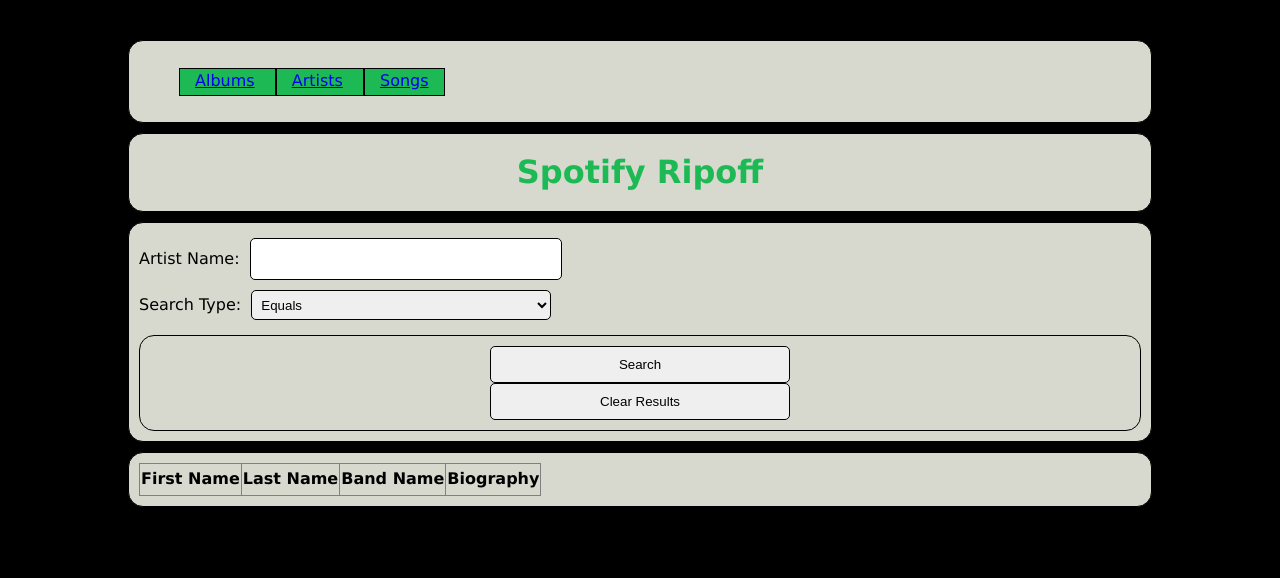
Repository: RRGTHWAR/bkg16_INFSCI1017
Page: bkg16_Music_FinalProject/WebContent/artist.html
The author's editor kept a copy of each file at every save. The page is drawn from the files as they stood at one save, then again after the next save.
The browser window is 1280 px wide. The pictures show the whole page.

Above is the page before, as saved 2019-04-07 20:38:04.

After the next save:
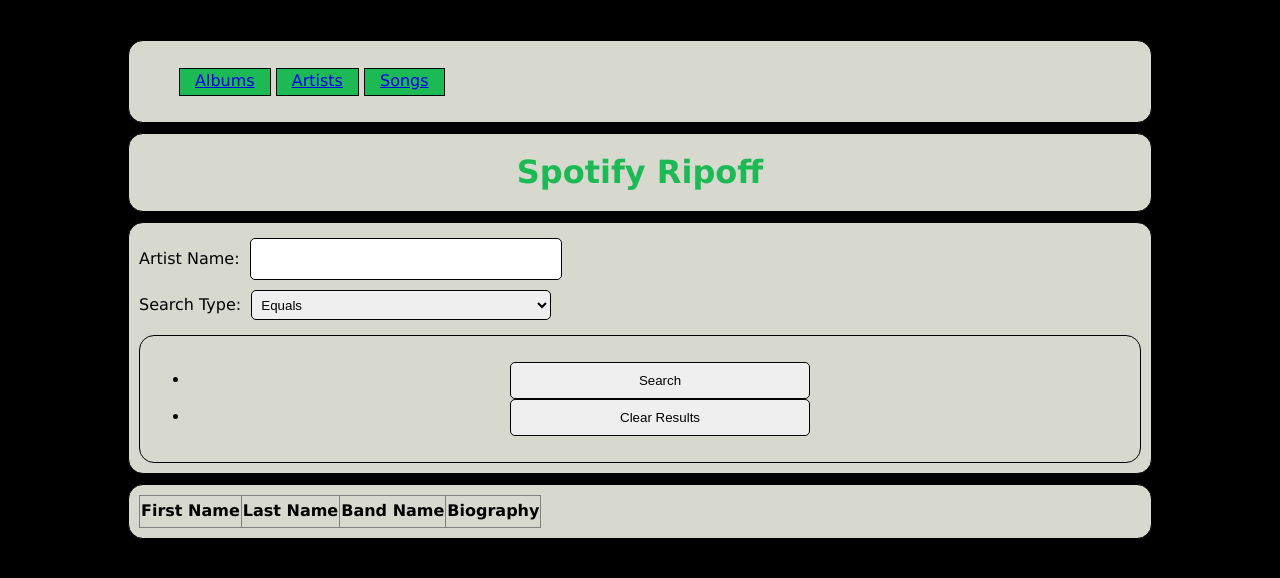
Saved 2 min 44 s later.
--- a/bkg16_Music_FinalProject/WebContent/artist.html
+++ b/bkg16_Music_FinalProject/WebContent/artist.html
@@ -9,9 +9,9 @@
 <body>
 	<div id="navBar">
 		<ul>
-			<li><a href="album.html" title="Albums">Albums</a>
-			<li><a href="artist.html" title="Artists">Artists</a>
-			<li><a href="song.html" title="Songs">Songs</a>
+			<li><a href="album.html" title="Albums">Albums</a></li>
+			<li><a href="artist.html" title="Artists">Artists</a></li>
+			<li><a href="song.html" title="Songs">Songs</a></li>
 		</ul>
 	</div>
 	<h1 id="mainHeader" >Spotify Ripoff</h1>
@@ -30,8 +30,10 @@
 			</select>
 		</div>
 		<div id="buttons" >
-			<input type="button" id="btnSearch" name="btnSubmit" class="actButton" value="Search" />
-			<input type="button" id="btnClear" name ="btnClear" class="actButton" value="Clear Results" />
+			<ul>
+				<li><input type="button" id="btnSearch" name="btnSubmit" class="actButton" value="Search" /></li>
+				<li><input type="button" id="btnClear" name ="btnClear" class="actButton" value="Clear Results" /></li>
+			</ul>
 		</div>
 	</div>
 
